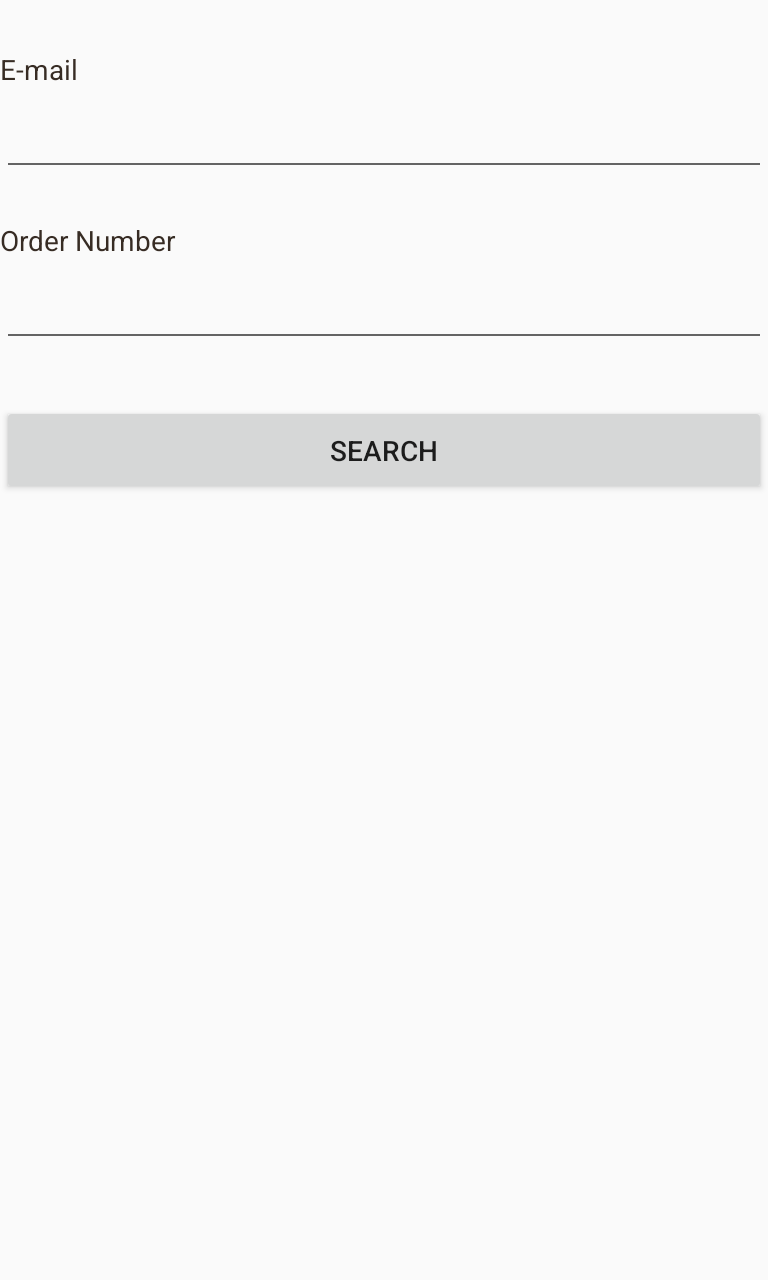
Repository: j-leon/workspace
Layout: ShorexTickets/res/layout/logscreen.xml
An editor plug-in stored every save of this project. The layout is shown before and after the next save, followed by the edit.
It is drawn on a 768 x 1280 px phone screen (xhdpi) without system bars, with theme AppTheme; the app's code is not run.

Above is the layout before, as saved 2014-10-09 22:57:04.

After the next save:
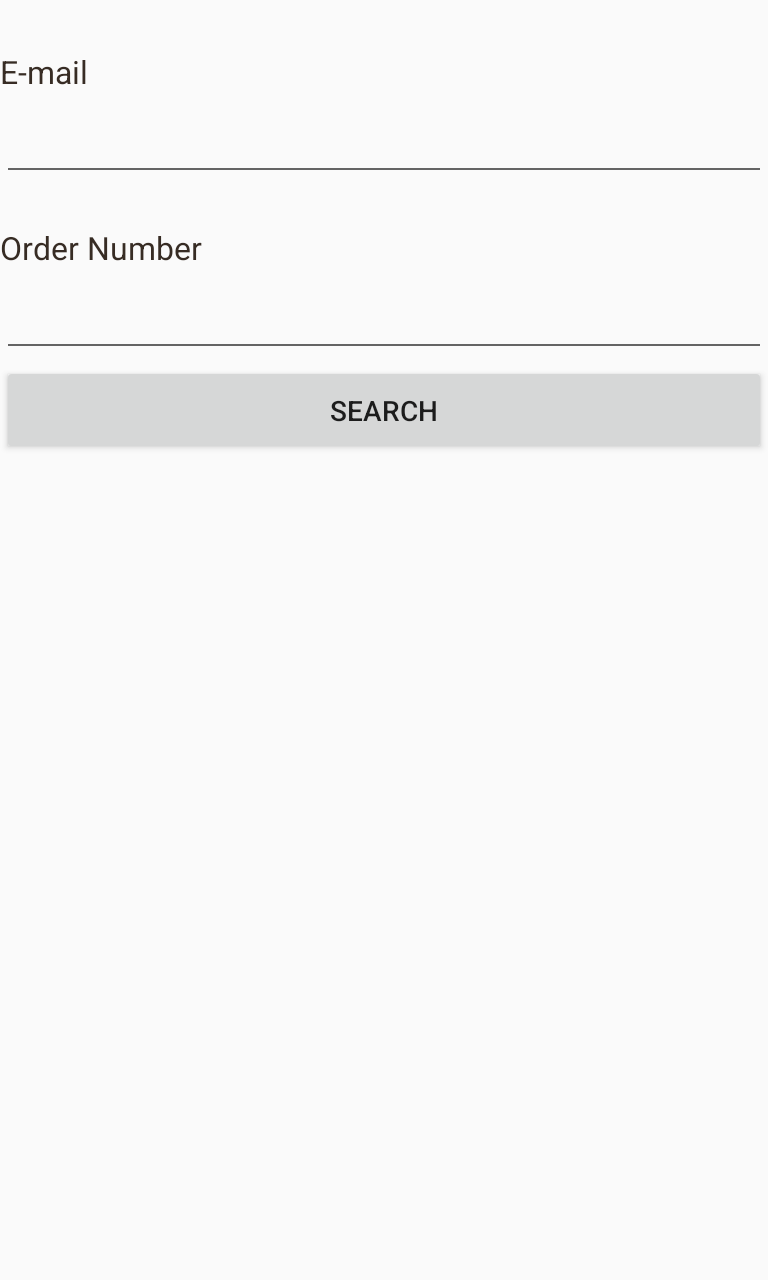
Saved 4 min 30 s later.
--- a/ShorexTickets/res/layout/logscreen.xml
+++ b/ShorexTickets/res/layout/logscreen.xml
@@ -2,14 +2,16 @@
 <LinearLayout xmlns:android="http://schemas.android.com/apk/res/android"
     android:layout_width="match_parent"
     android:layout_height="match_parent"
+    android:layout_marginTop="25dp"
     android:orientation="vertical" >
 
-
-    	<TextView android:layout_width="fill_parent"
-                android:layout_height="wrap_content"
-                android:textColor="#372c24"
-                android:text="@string/e_mail"
-                android:layout_marginTop="25dip"/>
+    	<TextView
+    	    android:layout_width="fill_parent"
+    	    android:layout_height="wrap_content"
+    	    android:layout_marginTop="25dip"
+    	    android:text="@string/e_mail"
+    	    android:textColor="#372c24"
+    	    android:textSize="16sp" />
 
         <EditText android:layout_width="fill_parent"
                 android:layout_height="wrap_content"
@@ -19,17 +21,20 @@
                 android:inputType= "text"
                 android:id="@+id/email"/>
 
-           <TextView android:layout_width="fill_parent"
-                android:layout_height="wrap_content"
-                android:textColor="#372c24"
-                android:text="@string/orderNumber"/>
+           <TextView
+               android:layout_width="fill_parent"
+               android:layout_height="wrap_content"
+               android:text="@string/orderNumber"
+               android:textColor="#372c24"
+               android:textSize="16sp" />
 
-          <EditText android:layout_width="fill_parent"
-                android:layout_height="wrap_content"
-                android:layout_marginTop="5dip"
-                android:singleLine="true"
-                android:id="@+id/orderCode"
-          		android:inputType="text"/>
+          <EditText
+              android:id="@+id/orderCode"
+              android:layout_width="fill_parent"
+              android:layout_height="wrap_content"
+              android:layout_marginTop="5dip"
+              android:inputType="text"
+              android:singleLine="true" />
 
           <TextView
               android:id="@+id/emptyWarning"
@@ -52,11 +57,10 @@
               android:visibility="gone" />
 
           <Button
-                android:layout_width="fill_parent"
-                android:layout_height="wrap_content"
-                android:layout_marginTop="25dip"
+              android:id="@+id/buttonSearch"
+              android:layout_width="fill_parent"
+              android:layout_height="wrap_content"
 
-                android:text="@string/logButton"
-                android:id="@+id/buttonSearch"/>
+              android:text="@string/logButton" />
 
 </LinearLayout>
